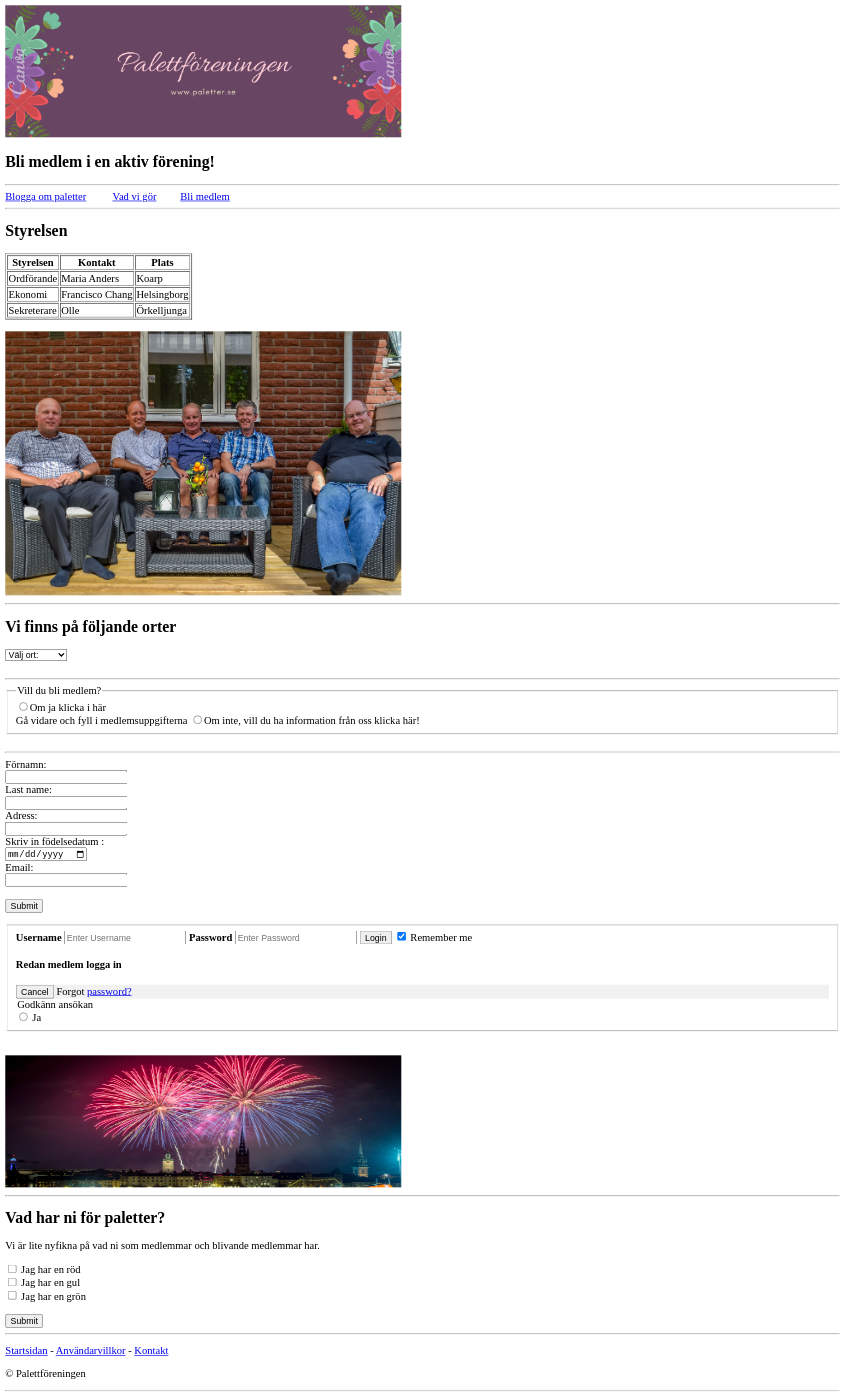
Repository: Webutveckling-20-21/Uppgift-1
Page: medlemskap.html
These files come from the project's save history. The page is drawn as it stood at one moment and after the next save; the edit follows.
The browser window is 1280 px wide. The pictures show the whole page, at 66% of full size.

Above is the page before, as saved 2021-09-08 16:22:19.

After the next save:
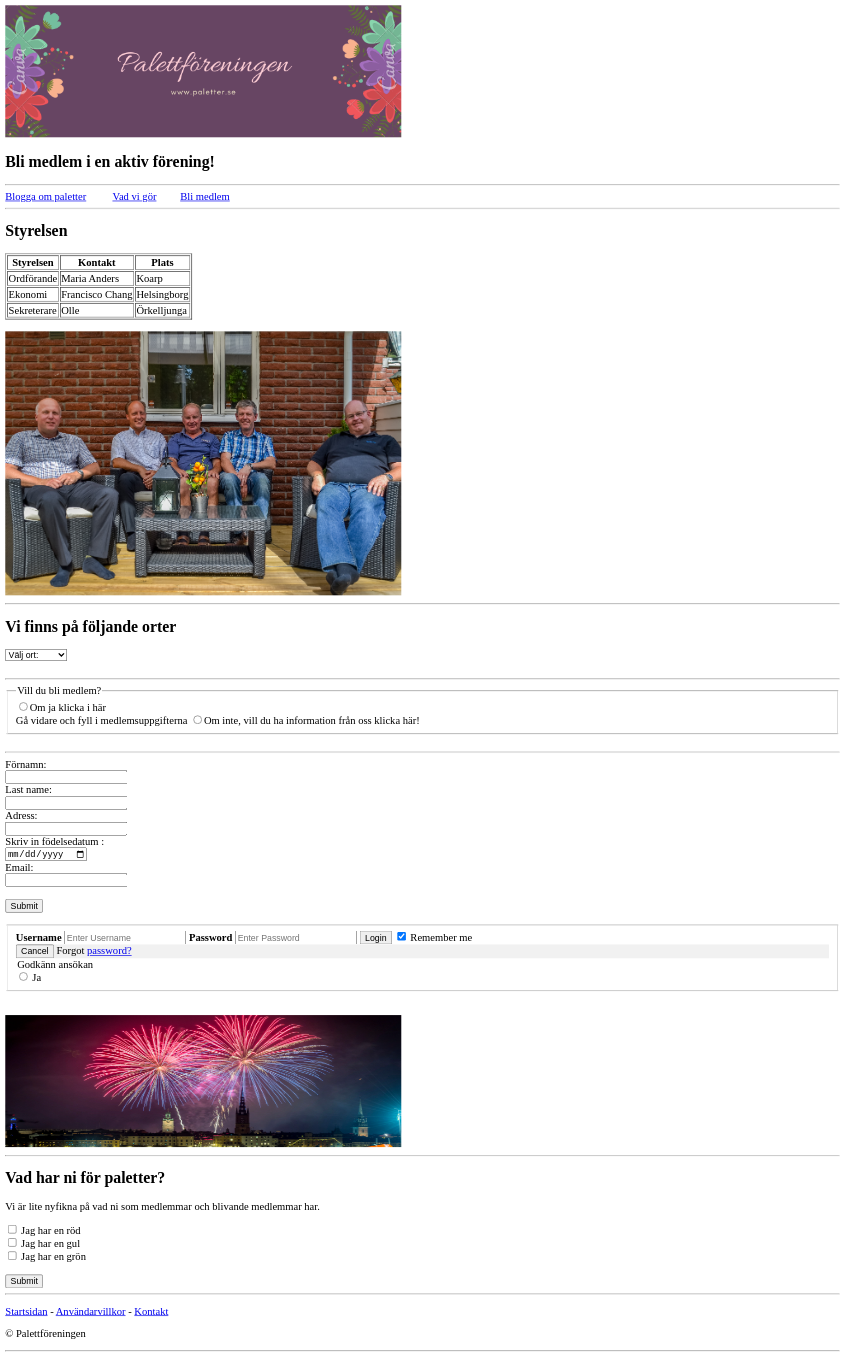
Saved 29 s later.
--- a/medlemskap.html
+++ b/medlemskap.html
@@ -90,7 +90,7 @@
       <input type="checkbox" checked="checked" name="remember"> Remember me
     </label>
 
-             <form>   <h4> Redan medlem logga in</h4>
+             <form>
 
   <div>
 

After the save that followed:
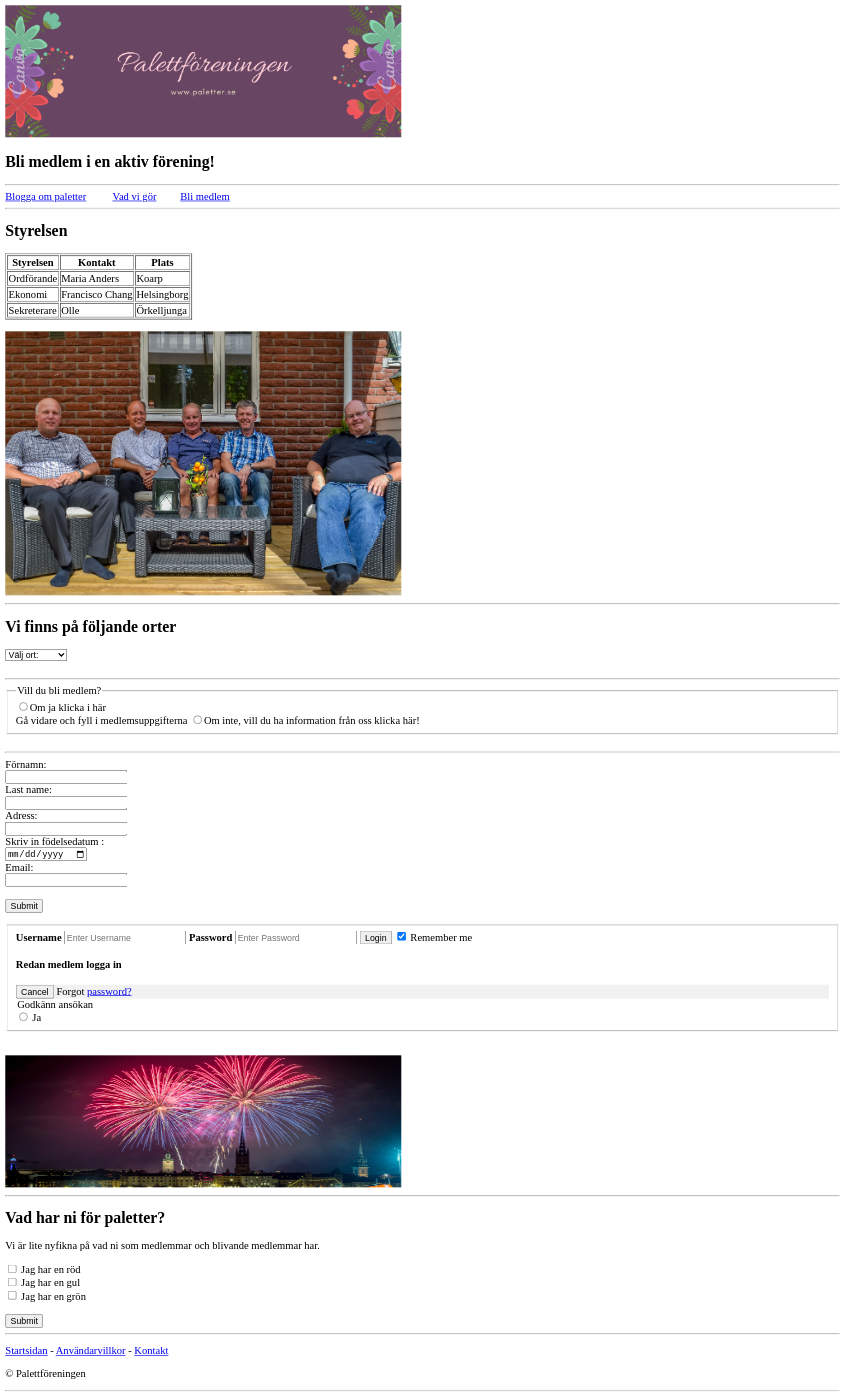
Saved 4 s later.
--- a/medlemskap.html
+++ b/medlemskap.html
@@ -89,6 +89,7 @@
     <label>
       <input type="checkbox" checked="checked" name="remember"> Remember me
     </label>
+     <h4> Redan medlem logga in</h4>
 
              <form>
 
